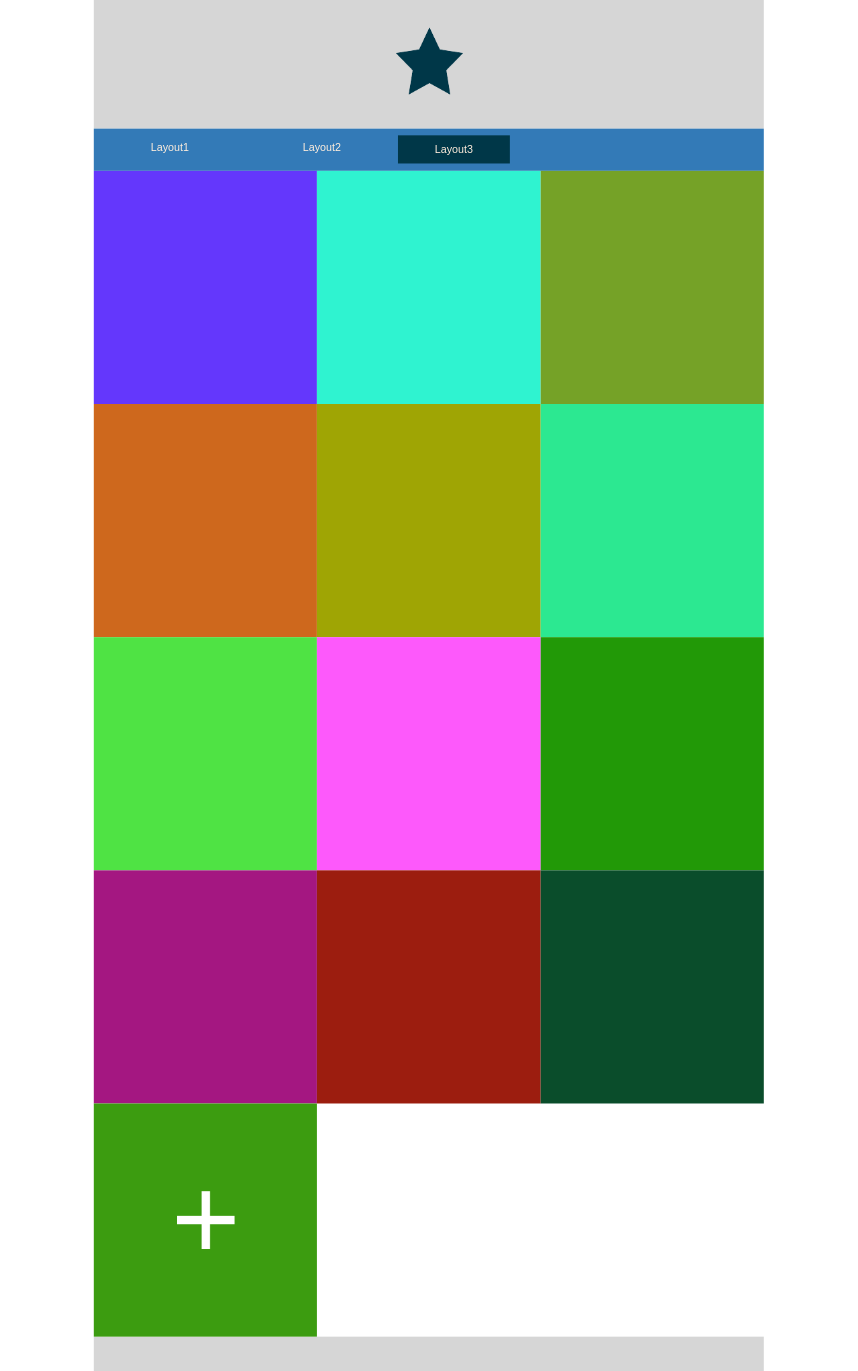
Repository: baliayassin/MyGame
Page: Documents/Aptana Studio 3 Workspace/homeWork2/layOut3.html
An editor plug-in stored every save of this project. The page is shown before and after the next save, followed by the edit.
The browser window is 1280 px wide. The pictures show the whole page, at 67% of full size.
Some web libraries are served in a nearby version.

Above is the page before, as saved 2017-12-14 09:24:22.

After the next save:
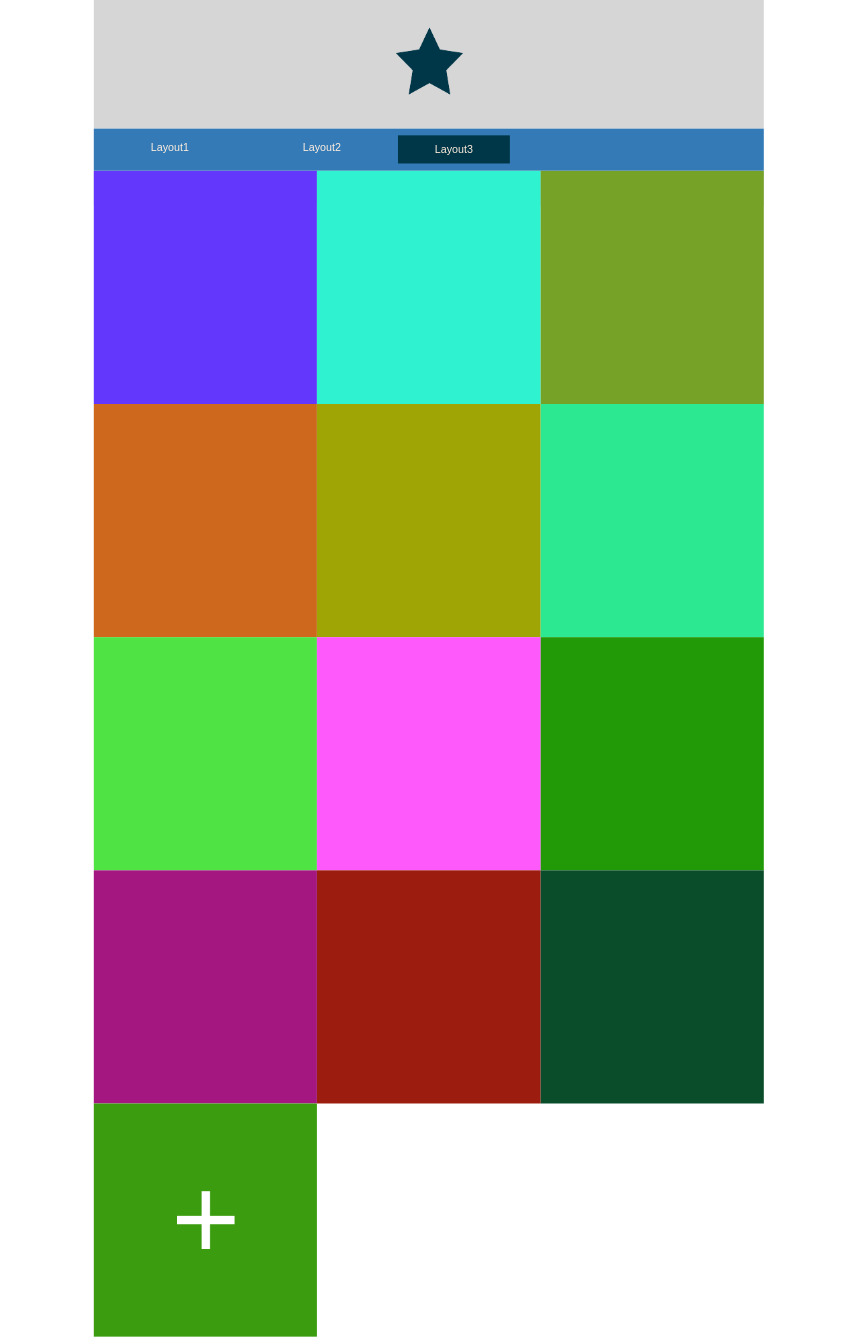
Saved 83 min 56 s later.
--- a/Documents/Aptana Studio 3 Workspace/homeWork2/layOut3.html
+++ b/Documents/Aptana Studio 3 Workspace/homeWork2/layOut3.html
@@ -39,9 +39,9 @@
 
 
 
-	<div class="clear"></div>
+	<div class="clear">
      <footer> </footer>
-
+     </div>
 	</body>
 
 
--- a/Documents/Aptana Studio 3 Workspace/homeWork2/includes/style.css
+++ b/Documents/Aptana Studio 3 Workspace/homeWork2/includes/style.css
@@ -386,7 +386,7 @@ main, nav, aside, footer, section, article, header {
 
 	height:52px;
 	background: #D6D6D6;
-   margin-top: 1740px;/*???????*/
+   /* margin-top: 1740px;???????*/
 
 }
 
